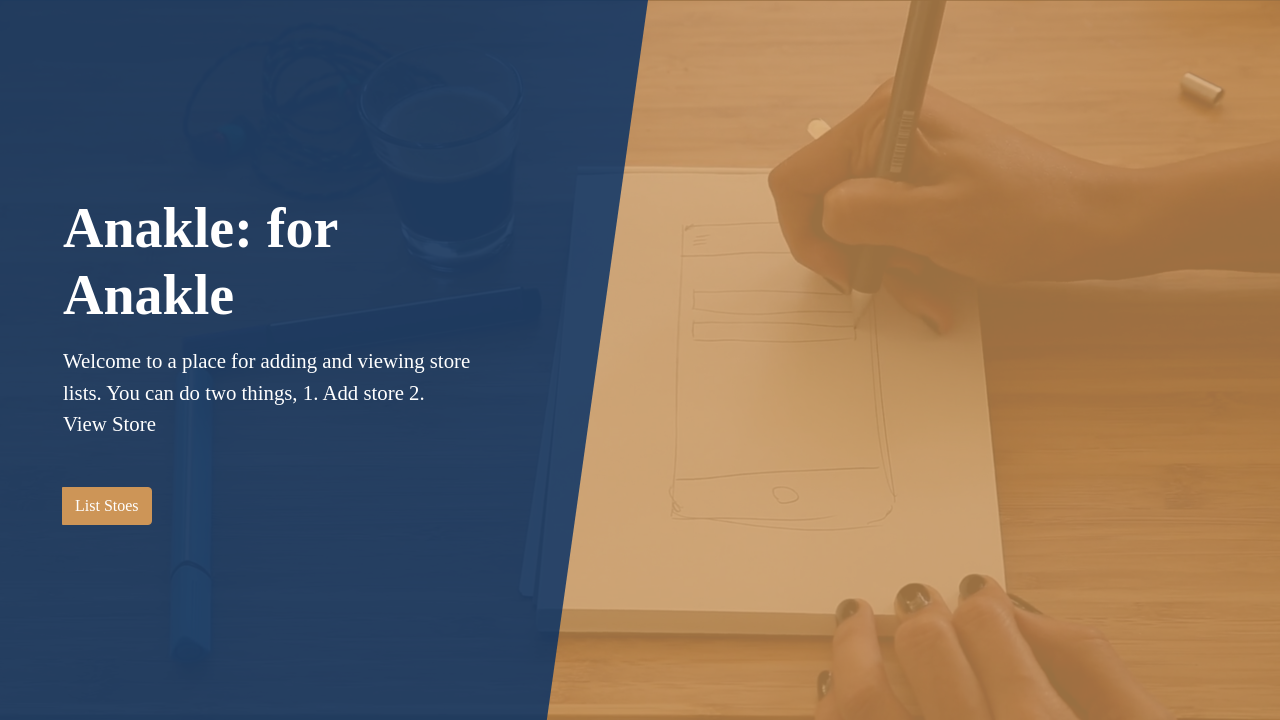
Repository: Guruscode/mega-list
Page: http://localhost/
An editor plug-in stored every save of this project. The page is shown before and after the next save, followed by the edit.
The browser window is 1280 px wide. The pictures show the whole page.
Some web fonts or font styles are not loaded; a fallback is used. The page is run by PHP 8.4 with error messages shown; the project is at /var/www/html/.

Above is the page before, as saved 2018-02-22 14:42:48.
Console error: TypeError: Cannot read properties of undefined (reading 'fn')

After the next save:
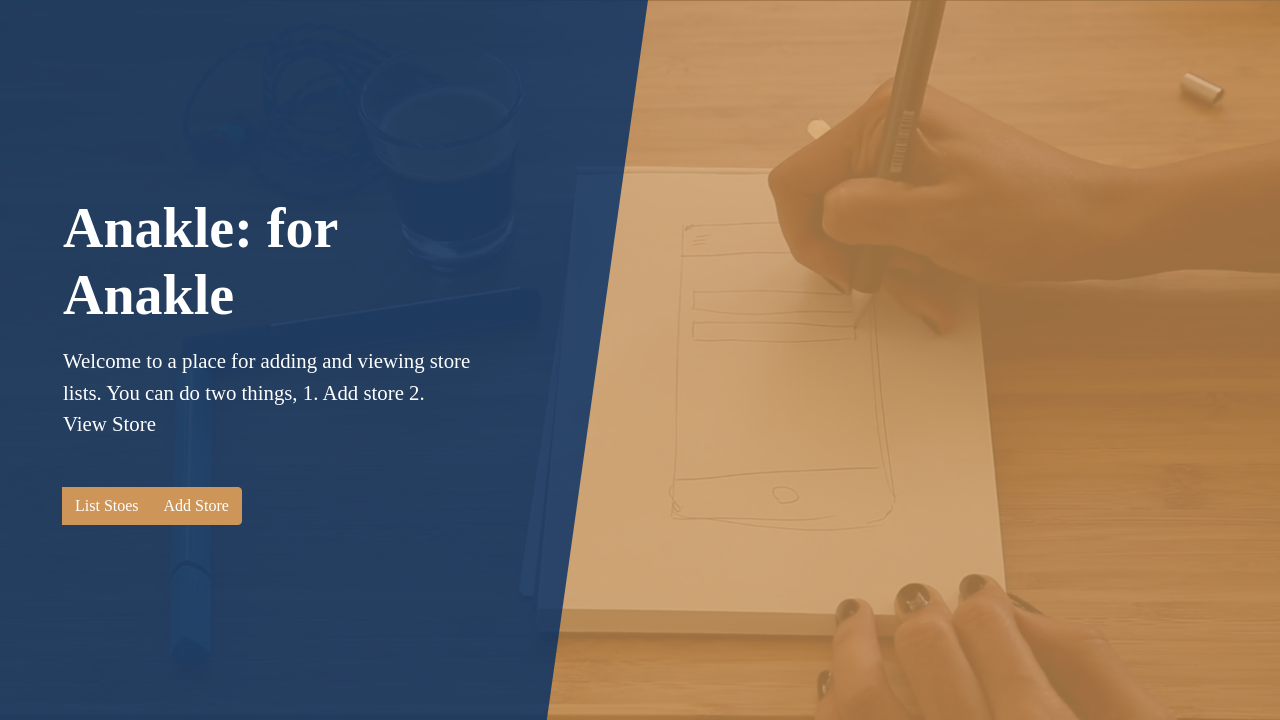
Saved 13 s later.
--- a/index.php
+++ b/index.php
@@ -28,6 +28,7 @@
 
                     <div class="input-group-append">
                     <a class="btn btn-secondary">List Stoes</a>
+                    <a class="btn btn-secondary">Add Store</a>
                     </div>
                 </div>
                 </div>
